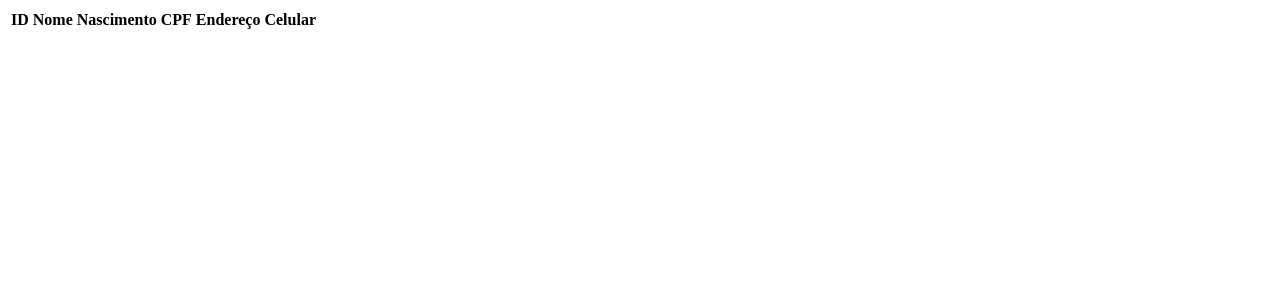
Repository: luizasilveira/TechWeb
Page: http://localhost/techWebP1/lista.jsp
These files come from the project's save history. The page is drawn as it stood at one moment and after the next save; the edit follows.
The browser window is 1280 px wide. The pictures show the whole page.
The page is served by Tomcat 9. Other server files are loaded and not shown. Queries for data that is not in the repository find no rows.

Above is the page before, as saved 2019-09-08 20:49:46.

### Projeto1/techWebP1/WebContent/lista.jsp
<%@ page language="java" contentType="text/html; charset=ISO-8859-1"
	pageEncoding="ISO-8859-1"%>
<!DOCTYPE html>
<html>
<head>
<meta charset="ISO-8859-1">
<title>Insert title here</title>
</head>
<body>
	<%@ page import="java.util.*,techWebP1.*"%>
	<table class="responsive-table"  >
		<thead>
			<tr>
				<th>ID</th>
				<th>Nome</th>
				<th>Nascimento</th>
				<th>CPF</th>
				<th>Endereço</th>
				<th>Celular</th>
			</tr>
		</thead>

		<%
			DAO dao = new DAO();
			List<Clients> clientes = dao.getClientes();
			for (Clients cliente : clientes) {
		%>


		<tbody>
			<tr>
				<td><%=cliente.getId()%></td>
				<td><%=cliente.getName()%></td>
				<td><%=cliente.getBirth()%></td>
				<td><%=cliente.getCPF()%></td>
				<td><%=cliente.getAdress()%></td>
				<td><%=cliente.getCelphone()%></td>
			</tr>


			<%
				}
			%>
		</tbody>
	</table>

</body>
</html>

### Projeto1/techWebP1/src/techWebP1/DAO.java
package techWebP1;

import java.sql.Connection;
import java.sql.DriverManager;
import java.sql.PreparedStatement;
import java.sql.ResultSet;
import java.sql.SQLException;
import java.util.ArrayList;
import java.util.List;

public class DAO {

	private Connection connection = null;

	public DAO() {
		try {
			Class.forName("com.mysql.cj.jdbc.Driver");
		} catch (ClassNotFoundException e) {
			// TODO Auto-generated catch block
			e.printStackTrace();
		}
		try {
			connection = DriverManager.getConnection(
					"jdbc:mysql://localhost/projeto1?useTimezone=true&serverTimezone=UTC","root","lulu0147");
		} catch (SQLException e) {
			// TODO Auto-generated catch block
			e.printStackTrace();
		}
	}

	public List<Clients> getClientes() {

		List<Clients> clients = new ArrayList<Clients>();
		PreparedStatement stmt = null;
		try {
			stmt = connection.prepareStatement("SELECT * FROM CadastroCliente");
		} catch (SQLException e) {
			// TODO Auto-generated catch block
			e.printStackTrace();
		}
		ResultSet rs = null;
		try {
			rs = stmt.executeQuery();
		} catch (SQLException e) {
			// TODO Auto-generated catch block
			e.printStackTrace();
		}
		try {
			while (rs.next()) {
				Clients client = new Clients();
				client.setId(rs.getInt("id"));
				client.setName(rs.getString("Nome"));
				client.setBirth(rs.getString("Nascimento"));
				client.setCPF(rs.getString("CPF"));
				client.setAdress(rs.getString("Endereço"));
				client.setCelphone(rs.getString("Celular"));
				clients.add(client);
			}
		} catch (SQLException e) {
			// TODO Auto-generated catch block
			e.printStackTrace();
		}
		try {
			rs.close();
		} catch (SQLException e) {
			// TODO Auto-generated catch block
			e.printStackTrace();
		}
		try {
			stmt.close();
		} catch (SQLException e) {
			// TODO Auto-generated catch block
			e.printStackTrace();
		}
		return clients;

	}

	public void adiciona(Clients client) {
		String sql = "INSERT INTO CadastroCliente" +
		"(Nome,Nascimento,CPF,Endereço,Celular) values(?,?,?,?,?)";
		PreparedStatement stmt = null;
		try {
			stmt = connection.prepareStatement(sql);
		} catch (SQLException e) {
			// TODO Auto-generated catch block
			e.printStackTrace();
		}
		try {
			stmt.setString(1,client.getName());
		} catch (SQLException e) {
			// TODO Auto-generated catch block
			e.printStackTrace();
		}
		try {
			stmt.setString(2, client.getBirth());
		} catch (SQLException e) {
			// TODO Auto-generated catch block
			e.printStackTrace();
		}

		try {
			stmt.setString(3,client.getCPF());
		} catch (SQLException e) {
			// TODO Auto-generated catch block
			e.printStackTrace();
		}

		try {
			stmt.setString(4,client.getAdress());
		} catch (SQLException e) {
			// TODO Auto-generated catch block
			e.printStackTrace();
		}

		try {
			stmt.setString(5,client.getCelphone());
		} catch (SQLException e) {
			// TODO Auto-generated catch block
			e.printStackTrace();
		}

		try {
			stmt.execute();
		} catch (SQLException e) {
			// TODO Auto-generated catch block
			e.printStackTrace();
		}

		try {
			stmt.close();
		} catch (SQLException e) {
			// TODO Auto-generated catch block
			e.printStackTrace();
		}
		}

	public void close() {

		try {
			connection.close();
		} catch (SQLException e) {
			// TODO Auto-generated catch block
			e.printStackTrace();
		}

	}
}

After the next save:
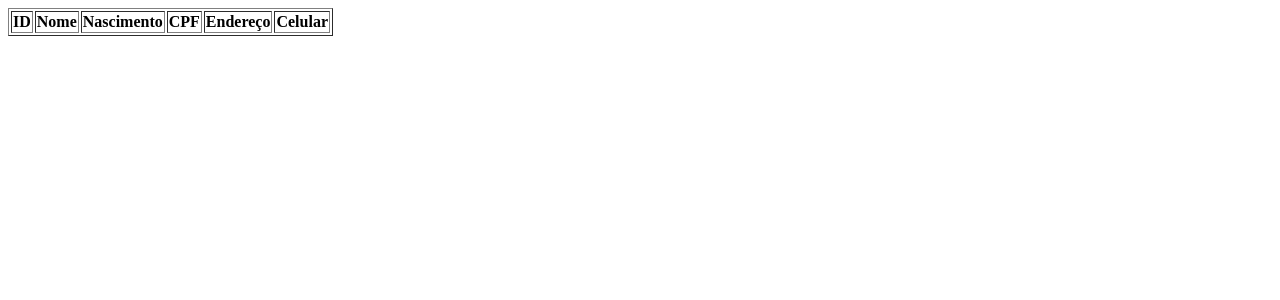
Saved 11 s later.
--- a/Projeto1/techWebP1/WebContent/lista.jsp
+++ b/Projeto1/techWebP1/WebContent/lista.jsp
@@ -8,10 +8,10 @@
 </head>
 <body>
 	<%@ page import="java.util.*,techWebP1.*"%>
-	<table class="responsive-table"  >
-		<thead>
+	<table border='1'>
+	<thead>
 			<tr>
-				<th>ID</th>
+			<th>ID</th>
 				<th>Nome</th>
 				<th>Nascimento</th>
 				<th>CPF</th>
@@ -39,8 +39,8 @@
 
 
 			<%
-				}
-			%>
+			}
+		%>
 		</tbody>
 	</table>
 

After the save that followed:
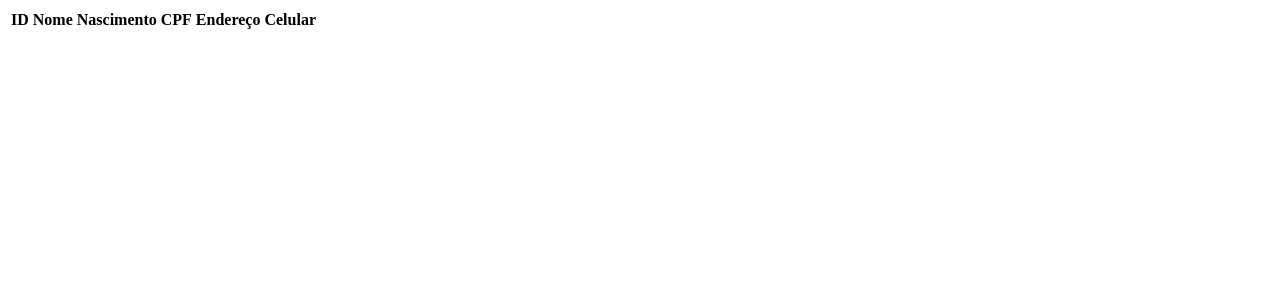
Saved 3 min 29 s later.
--- a/Projeto1/techWebP1/WebContent/lista.jsp
+++ b/Projeto1/techWebP1/WebContent/lista.jsp
@@ -8,7 +8,7 @@
 </head>
 <body>
 	<%@ page import="java.util.*,techWebP1.*"%>
-	<table border='1'>
+	<table class ="striped">
 	<thead>
 			<tr>
 			<th>ID</th>
